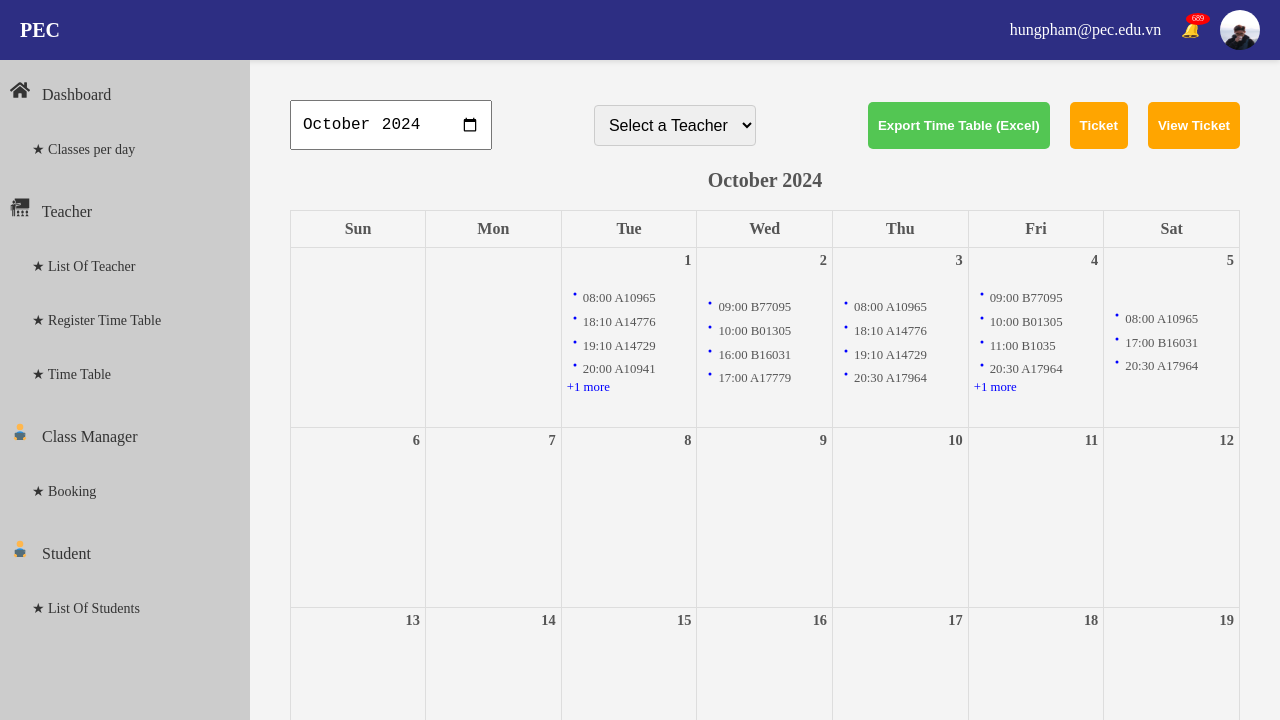
Repository: BitDanceLabels/Bumblebee_BDG
Page: /teacher-timetable
An editor plug-in stored every save of this project. The page is shown before and after the next save, followed by the edit.
The browser window is 1280 px wide. The pictures show the whole page.
An inner scrolling area shows only its first screen. The project was rebuilt for these pictures with package versions that can differ from the ones it lists, and the page was loaded fresh each time. Also part of the build but not shown: vite.config.js, src/components/Dashboard/ScheduleComponent.jsx, src/components/Management/Booking.jsx, src/components/modal/CreateStudentModal.jsx, src/components/Student/ListOfStudent.jsx, src/components/modal/CreateTeacherModal.jsx, src/components/Teacher/TeacherTable.jsx, src/components/Teacher/ListOfTeacher.jsx and 10 more. Imported but missing from the stored project, and not drawn on this page: src/components/modal/DeactiveStudentModal.

Above is the page before, as saved 2024-10-07 11:45:05.

After the next save:
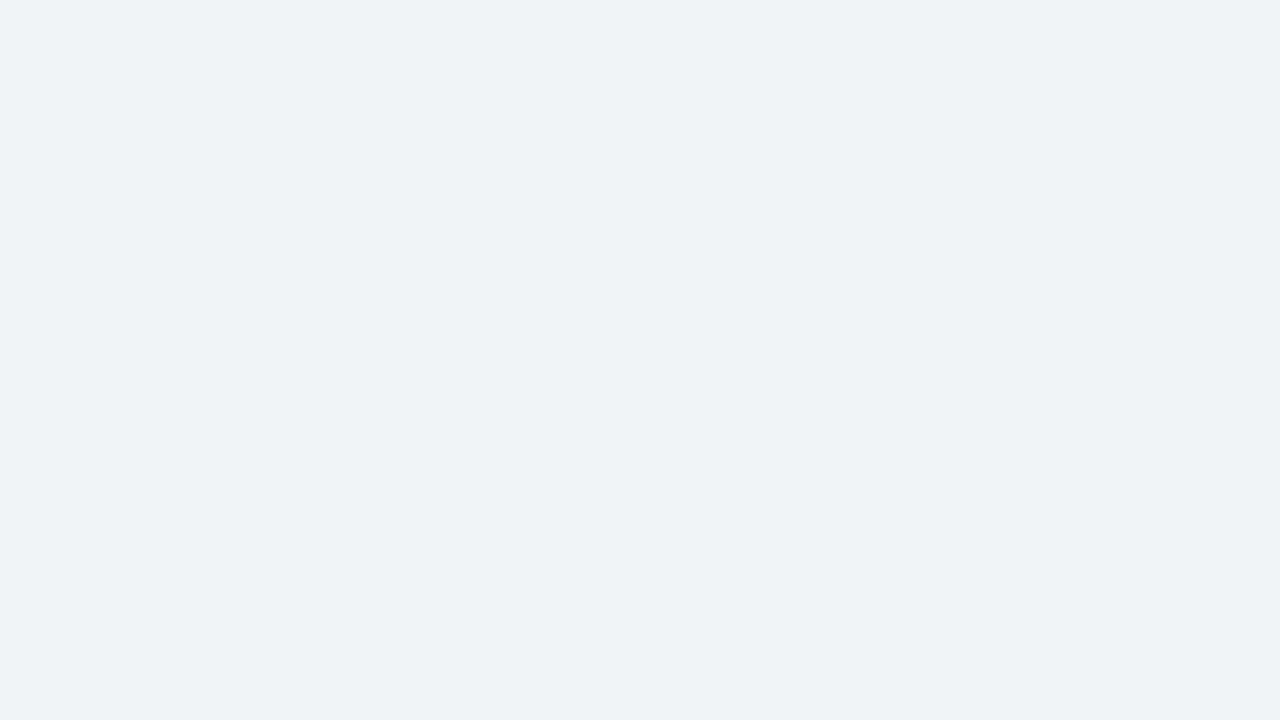
Console error: ReferenceError: LeftHeaderWrapper is not defined
Saved 82 min 21 s later.
--- a/src/components/Teacher/TeacherTimeTable.jsx
+++ b/src/components/Teacher/TeacherTimeTable.jsx
@@ -105,25 +105,31 @@
   return (
     <Container>
       <Header>
-        <div>
-          <InputCustom
-            type="month"
-            value={getCurrentMonth()}
-            onChange={handleMonthChange}
-          />
-        </div>
-        <div>
-          <TeacherSelect value={selectedTeacher} onChange={handleTeacherChange}>
-            <option value="" disabled>
-              Select a Teacher
-            </option>
-            {teachers.map((teacher) => (
-              <option key={teacher.id} value={teacher.name}>
-                {teacher.name}
+        <LeftHeaderWrapper>
+          <div>
+            <InputCustom
+              type="month"
+              value={getCurrentMonth()}
+              onChange={handleMonthChange}
+            />
+          </div>
+          <div>
+            <TeacherSelect
+              value={selectedTeacher}
+              onChange={handleTeacherChange}
+            >
+              <option value="" disabled>
+                Select a Teacher
               </option>
-            ))}
-          </TeacherSelect>
-        </div>
+              {teachers.map((teacher) => (
+                <option key={teacher.id} value={teacher.name}>
+                  {teacher.name}
+                </option>
+              ))}
+            </TeacherSelect>
+          </div>
+        </LeftHeaderWrapper>
+
         <ButtonWrapper>
           <ExcelButton>Export Time Table (Excel)</ExcelButton>
           <TicketButton onClick={openFullModal}>Ticket</TicketButton>

After the 4 saves that followed:
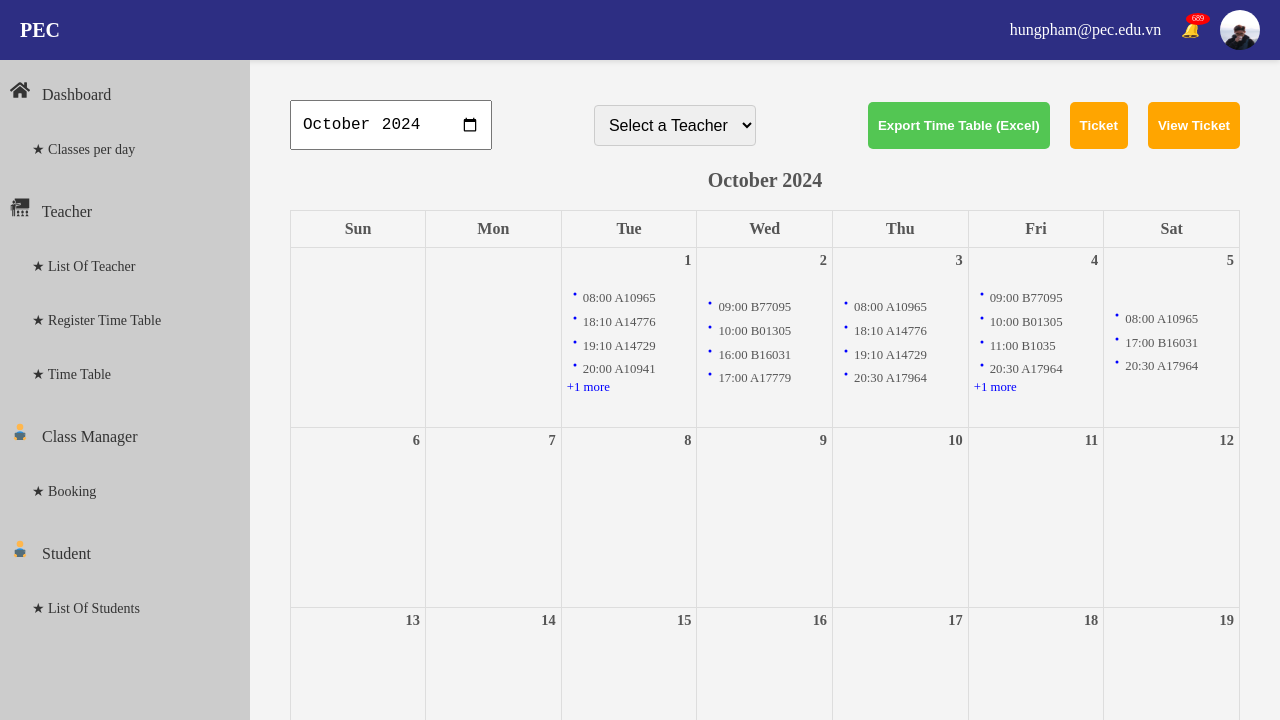
The error is gone.
The 4 saves are shown as one change because 3 did not build or start.
The last was saved 109 s later.
--- a/src/components/Teacher/TeacherTimeTable.jsx
+++ b/src/components/Teacher/TeacherTimeTable.jsx
@@ -105,31 +105,25 @@
   return (
     <Container>
       <Header>
-        <LeftHeaderWrapper>
-          <div>
-            <InputCustom
-              type="month"
-              value={getCurrentMonth()}
-              onChange={handleMonthChange}
-            />
-          </div>
-          <div>
-            <TeacherSelect
-              value={selectedTeacher}
-              onChange={handleTeacherChange}
-            >
-              <option value="" disabled>
-                Select a Teacher
+        <div>
+          <InputCustom
+            type="month"
+            value={getCurrentMonth()}
+            onChange={handleMonthChange}
+          />
+        </div>
+        <div>
+          <TeacherSelect value={selectedTeacher} onChange={handleTeacherChange}>
+            <option value="" disabled>
+              Select a Teacher
+            </option>
+            {teachers.map((teacher) => (
+              <option key={teacher.id} value={teacher.name}>
+                {teacher.name}
               </option>
-              {teachers.map((teacher) => (
-                <option key={teacher.id} value={teacher.name}>
-                  {teacher.name}
-                </option>
-              ))}
-            </TeacherSelect>
-          </div>
-        </LeftHeaderWrapper>
-
+            ))}
+          </TeacherSelect>
+        </div>
         <ButtonWrapper>
           <ExcelButton>Export Time Table (Excel)</ExcelButton>
           <TicketButton onClick={openFullModal}>Ticket</TicketButton>
--- a/src/components/Teacher/TimeTableStyle.jsx
+++ b/src/components/Teacher/TimeTableStyle.jsx
@@ -139,3 +139,5 @@ export const TeacherSelect = styled.select`
     border-color: #007bff;
   }
 `
+
+const LeftHeaderWrapper = styled.div``
